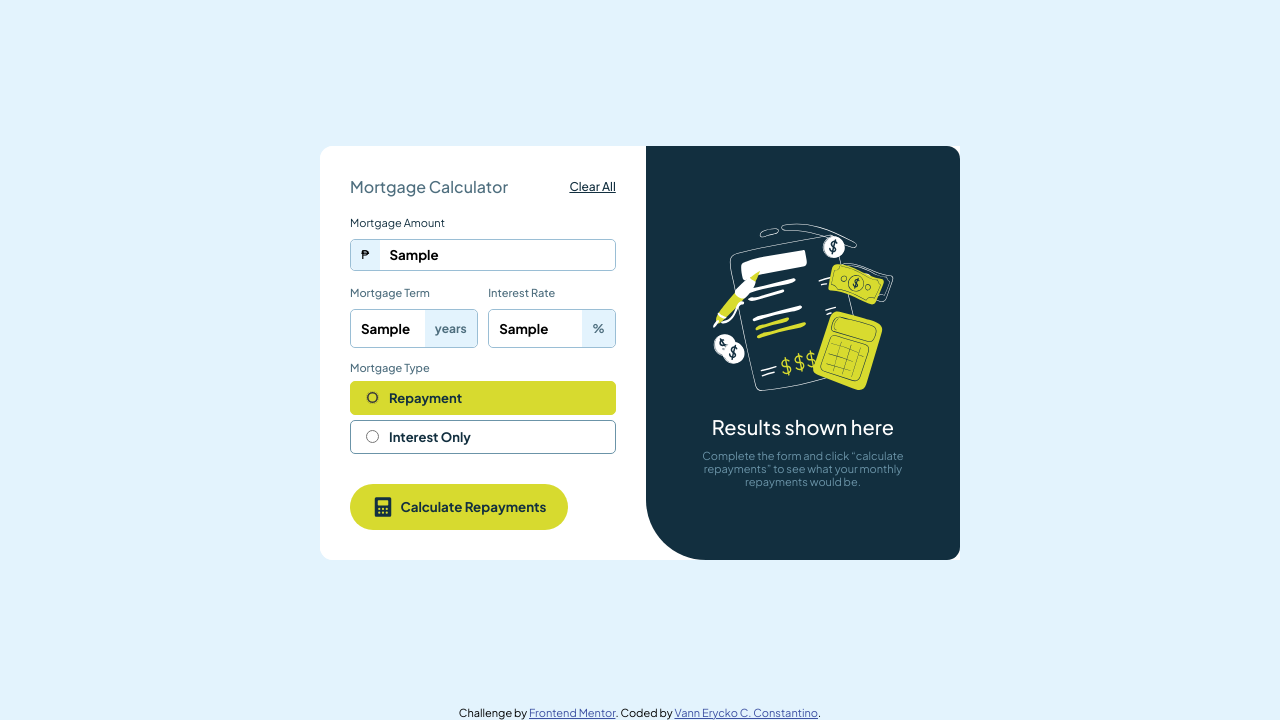
Repository: kocokoy/mortgage-repayment-calculator
Page: index.html
The author's editor kept a copy of each file at every save. The page is drawn from the files as they stood at one save, then again after the next save.
The browser window is 1280 px wide. The pictures show the whole page.
Empty fields were first filled with sample values (such as "Sample", 5 or name@example.com).
After loading, the first visible `input.mortgage-calculator-type-radio-repayment` was clicked once.

Above is the page before, as saved 2024-10-29 17:54:57.

### index.html
<!DOCTYPE html>
<html lang="en">
<head>
  <meta charset="UTF-8">
  <meta name="viewport" content="width=device-width, initial-scale=1.0"> <!-- displays site properly based on user's device -->

  <link rel="icon" type="image/png" sizes="32x32" href="./assets/images/favicon-32x32.png">
  <link rel="stylesheet" href="/styles/style.css">
  <link rel="preconnect" href="https://fonts.googleapis.com">
<link rel="preconnect" href="https://fonts.gstatic.com" crossorigin>
<link href="https://fonts.googleapis.com/css2?family=Karla:ital,wght@0,200..800;1,200..800&family=Plus+Jakarta+Sans:ital,wght@0,200..800;1,200..800&family=Red+Hat+Text:ital,wght@0,300..700;1,300..700&display=swap" rel="stylesheet">

  <title>Frontend Mentor | Mortgage repayment calculator</title>
</head>
<body>
  <div class="container">
    <div class="container-card">
      <div class="mortgage-calculator-side">
        <div class="mortgage-calculator-header">
          <p>Mortgage Calculator</p>
          <button>Clear All</button>
        </div>
        <div class="mortgage-calculator-amount">
          <p>Mortgage Amount</p>
          <label class="mortgage-calculator-amount-input">
            <div class="peso-logo">&#8369;</div>
            <input type="text" class="jsMortageAmount">
          </label>
          <div class="field-require-text">
            this field is required
          </div>
        </div>
        <div class="mortgage-calculator-term-and-interest">
          <div class="mortgage-calculator-term-section">
            <p>Mortgage Term</p>
            <div class="mortgage-calculator-term-section-mortgage">
              <input type="text" name="" id="" class="jsMortgageTerm">
              <div>years</div>
            </div>
            <div class="field-require-text">
              this field is required
            </div>
          </div>
          <div class="mortgage-calculator-term-section">
            <p>Interest Rate</p>
            <div class="mortgage-calculator-term-section-mortgage">
              <input type="text" name="" id="" class="jsMortgageInterest">
              <div>%</div>
            </div>
            <div class="field-require-text">
              this field is required
            </div>
          </div>
        </div>
        <div class="mortgage-calculator-type">
          <p>Mortgage Type</p>
          <label class="mortgage-calculator-type-radio">
            <input class="mortgage-calculator-type-radio-repayment jsRepaymentRadio" type="radio">
            <div>Repayment</div>
          </label>
          <label class="mortgage-calculator-type-radio">
            <input class="mortgage-calculator-type-radio-interest jsRepaymentInterest"  type="radio">
            <div>Interest Only</div>
          </label>
        </div>
        <div class="mortgage-calculator-button">
          <button class="jsCalculateRepayments">
            <div>
              <img src="/assets/images/icon-calculator.svg" alt="">
              <p>Calculate Repayments</p>
            </div>
          </button>
        </div>
      </div>
      <div class="result-side">
        <div class="result-empty">
          <div>
            <img src="/assets/images/illustration-empty.svg" alt="">
          </div>
          <div class="result-side-title">Results shown here</div>
          <div class="result-side-text">  Complete the form and click “calculate repayments” to see what
            your monthly repayments would be.</div>
        </div>
      </div>
    </div>
  </div>


  <div class="attribution">
    Challenge by <a href="https://www.frontendmentor.io?ref=challenge">Frontend Mentor</a>.
    Coded by <a href="#">Vann Erycko C. Constantino</a>.
  </div>
  <script src="/javascripts/script.js"></script>
</body>
</html>

### styles/style.css
:root{
/* Primary */

--lime: hsl(61, 70%, 52%);
--red: hsl(4, 69%, 50%);

/* Neutral */

--white: hsl(0, 0%, 100%);
--slate100: hsl(202, 86%, 94%);
--slate300: hsl(203, 41%, 72%);
--slate500: hsl(200, 26%, 54%);
--slate700: hsl(200, 24%, 40%);
--slate900: hsl(202, 55%, 16%);
}

.attribution {
  font-size: 11px; text-align: center;
 }
.attribution a {
  color: hsl(228, 45%, 44%);
 }

 *{
  font-family: Plus Jakarta Sans;
 }

body{
  margin: 0;
  padding: 0;
  background-color: var(--slate100);
}
.container{
  height: 98vh;
  display: flex;
  flex-direction: column;
  justify-content: center;
  align-items: center;
}
.container-card{
  display: flex;
  flex-direction: row;
  height: auto;
  width: 50%;
  background-color: var(--white);
  border-bottom-left-radius: 13px;
  border-top-left-radius: 13px;
}

.field-require-text{
  margin-top: 10px;
  color: var(--red);
  font-size: 10px;
  font-weight: 900;
  margin-bottom: 3px;
  display: none;
}
.mortgage-calculator-side{
  height: auto;
  width: auto;
  background-color: var(--white);
  border-bottom-left-radius: 13px;
  border-top-left-radius: 13px;
  padding: 30px;

}
.result-side{
  height: auto;
  width: 70%;
  padding: 30px;
  overflow: hidden;
  background-color: var(--slate900);
  border-bottom-left-radius: 60px;
  border-bottom-right-radius: 13px;
  border-top-right-radius: 13px;
  display: flex;
  flex-direction: column;
  justify-content: center;
  align-items: center;

}

/*Mortgage Calculator Header */
.mortgage-calculator-header{
  display: flex;
  flex-direction: row;
  align-items: center;
  justify-content: space-between;
}
.mortgage-calculator-header p{
 margin: 0;
 font-weight: 500;
 color: var(--slate700);
}
.mortgage-calculator-header button{
 margin: 0;
 font-weight: 500;
 font-size: 12px;
 color: var(--slate900);
 background-color: var(--white);
 text-decoration: underline;
 cursor: pointer;
 border: none;
 padding: 0;
}

/*Mortgage Calculator Amount  */
.mortgage-calculator-amount{
  padding-top: 19px ;
  display: flex;
  flex-direction: column;
  margin-bottom: 15px;
}
.mortgage-calculator-amount p{
  margin: 0;
  font-size: 11px;
  color: var(--slate900);
  padding-bottom: 10px;
}

.mortgage-calculator-amount-input{
  display: flex;
  flex-direction: row;
  height: 30px;
  border: 1px solid var(--slate300);
  border-radius: 5px;
}

.mortgage-calculator-amount-input:hover{
  border: 1px solid var(--slate900);
  transition: 0.1s;
}

.mortgage-calculator-amount-input:focus-within {
  border-color: var(--lime);
}

.mortgage-calculator-amount-input:focus-within .peso-logo {
  background-color: var(--lime);
}

.mortgage-calculator-amount-input .peso-logo{
  background-color: var(--slate100);
  height: 100%;
  width: 35px;
  display: flex;
  justify-content: center;
  align-items: center;
  font-size: 12px;
  font-weight: 500;
  border: none;
  border-top-left-radius: 5px;
  border-bottom-left-radius: 5px;
}
.mortgage-calculator-amount-input input{
  width: 100%;
  border: none;
  border-top-right-radius: 5px;
  border-bottom-right-radius: 5px;
  padding: 0 10px;
  font-weight: 700;
}

.mortgage-calculator-amount-input input:focus{
  outline: none;
}

/* Mortgage Calculator Mortgage Term and Interest Rate */

.mortgage-calculator-term-and-interest{
  display: flex;
  flex-direction: row;
  width: 100;
  justify-content: space-between;
}
.mortgage-calculator-term-section{
  width: 48%;
}
.mortgage-calculator-term-section p{
  margin: 0;
  font-size: 11px;
  color: var(--slate700);
  padding-bottom: 10px;
  font-weight: 500;
}

.mortgage-calculator-term-section-mortgage{
  display: flex;
  flex-direction: row;
  border: 1px solid var(--slate300);
  border-radius: 5px;
}

.mortgage-calculator-term-section-mortgage input{
  width: 90%;
  padding: 10px;
  font-weight: 700;
  border: none;
  border-top-left-radius: 5px;
  border-bottom-left-radius: 5px;
  accent-color: green;
}
.mortgage-calculator-term-section-mortgage div{
  width: auto;
  background-color: var(--slate100);
  color: var(--slate700);
  font-size: 12px;
  display: flex;
  justify-content: center;
  align-items: center;
  font-weight: 700;
  padding: 7px 10px;
  border-top-right-radius: 5px;
  border-bottom-right-radius: 5px;
}

.mortgage-calculator-term-section-mortgage input:focus{
  outline: none;
}

/* Mortgage Calculator Type */
.mortgage-calculator-type{
  display: block;
  margin-top: 13px;
}

.mortgage-calculator-type p{
  margin: 0;
  font-size: 11px;
  color: var(--slate700);
  padding-bottom: 2px;
  font-weight: 500;
}

.mortgage-calculator-type-radio{
  border: 1px solid var(--slate500);
  display: flex;
  flex-direction: row;
  justify-content: start;
  align-items: center;
  padding: 8px 5px ;
  margin-top: 5px;
  border-radius: 5px;
}
.mortgage-calculator-type-radio:hover{
  border: 1px solid var(--lime);
  transition: 0.3s;
  cursor: pointer;
}
.mortgage-calculator-type-radio-clicked{
  border: 1px solid var(--lime);
  background-color: var(--lime);
  opacity: background-color 80%;
  transition: 0.3s;
}

.mortgage-calculator-type-radio-repayment{
  margin: 0 10px;
}

input[type="radio"]{
  accent-color: var(--lime);
}

.mortgage-calculator-type-radio-interest{
  margin: 0 10px;
}

.mortgage-calculator-type-radio div{
  font-size: 13px;
  font-weight: 700;
  color: var(--slate900);
}

/* Mortgage Calculator Type Button */

.mortgage-calculator-button{
  margin-top: 30px;
  display: flex;
  justify-content: start;
  align-items: start;

  transition: 0.3s;
}
.mortgage-calculator-button:hover{
  opacity: 80%;
}

.mortgage-calculator-button button{
  display: flex;
  flex-direction: row;
  background-color: var(--lime);
  color: var(--slate900);
  border: none;
  border-radius: 100px;
  width: 82%;
  cursor: pointer;
}

.mortgage-calculator-button button img{
  margin: 0;
  display: flex;
  justify-content: center;
}

.mortgage-calculator-button button p{
  font-weight: 700;
  margin-left: 5px;
}
.mortgage-calculator-button button div{
  display: flex;
  justify-content: center;
  width: 100%;
}

/* Result Side */
.result-empty{
  display: flex;
  flex-direction: column;
  justify-content: center;
  align-items: center;

}
.result-side-title{
  color: var(--white);
  font-weight: 500;
  font-size: 20px;
}
.result-side-text{
  margin-top: 10px;
  color: var(--slate500);
  font-size: 11px;
  text-align: center;
}

### javascripts/script.js
const calculateButton = document.querySelector('.jsCalculateRepayments');
const mortgageAmountElement = document.querySelector('.jsMortageAmount');
const mortgageTermElement = document.querySelector('.jsMortgageTerm');
const mortgageInterestElement = document.querySelector('.jsMortgageInterest');
// radio buttons
const repaymentRadioElement = document.querySelector('.jsRepaymentRadio');
const interestRadioElement = document.querySelector('.jsRepaymentInterest');


calculateButton.addEventListener('click', () => {
  console.log(mortgageAmountElement.value);
  console.log(mortgageTermElement.value);
  console.log(mortgageInterestElement.value);

})

let repaymentRadioClicked = false;
let interestRadioClicked = false;

const repaymentParentLabel = repaymentRadioElement.parentElement;
const interestParentLabel = interestRadioElement.parentElement;

repaymentRadioElement.addEventListener('click', () =>{
  if(repaymentRadioClicked){
    repaymentParentLabel.classList.remove('mortgage-calculator-type-radio-clicked');

    repaymentRadioElement.checked = false;
    repaymentRadioClicked = false;
  }else{
    repaymentRadioClicked = true;
    repaymentParentLabel.classList.add('mortgage-calculator-type-radio-clicked');
    interestParentLabel.classList.remove('mortgage-calculator-type-radio-clicked');
    interestRadioElement.checked = false;
    interestRadioClicked = false;
  }
});

interestRadioElement.addEventListener('click', () =>{
  if(interestRadioClicked){
    interestParentLabel.classList.remove('mortgage-calculator-type-radio-clicked');
    interestRadioElement.checked = false;
    interestRadioClicked = false;
  }else{
    repaymentParentLabel.classList.remove('mortgage-calculator-type-radio-clicked');
    interestParentLabel.classList.add('mortgage-calculator-type-radio-clicked');
    interestRadioClicked = true;
    repaymentRadioElement.checked = false;
    repaymentRadioClicked = false;
  }
});

After the next save:
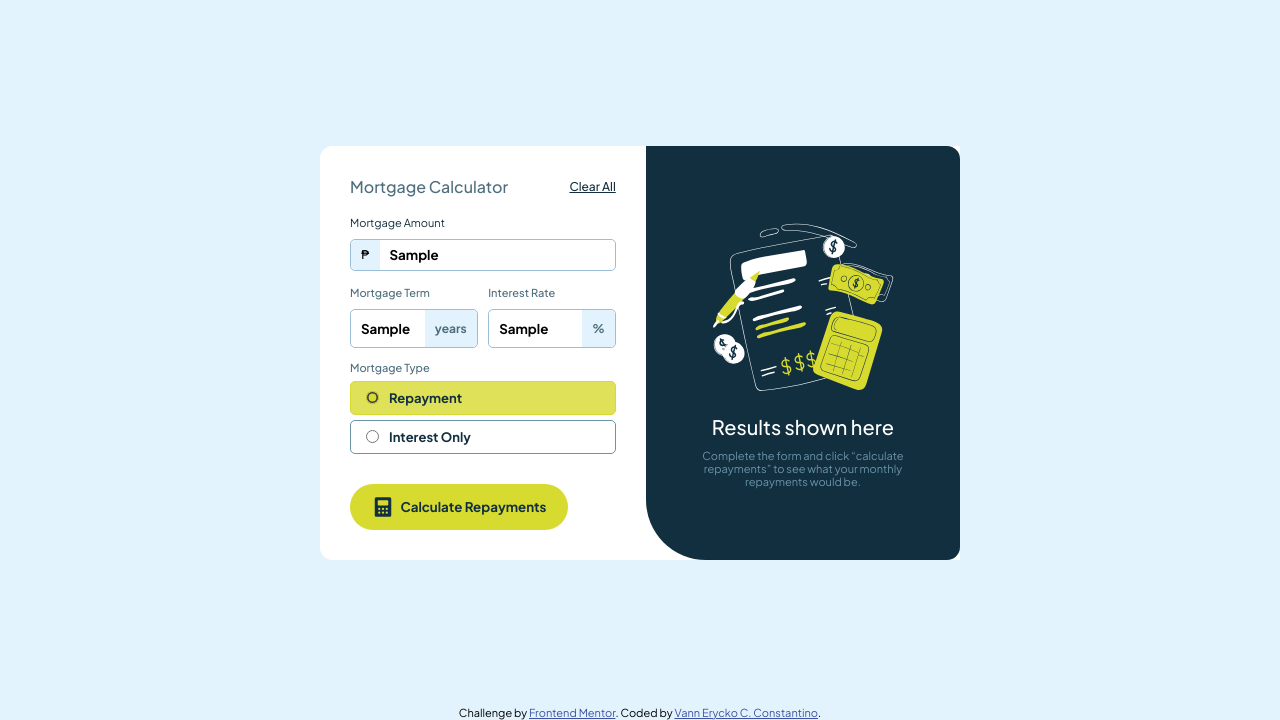
Saved 64 s later.
--- a/styles/style.css
+++ b/styles/style.css
@@ -249,8 +249,7 @@ body{
 }
 .mortgage-calculator-type-radio-clicked{
   border: 1px solid var(--lime);
-  background-color: var(--lime);
-  opacity: background-color 80%;
+  background-color: hsla(61, 70%, 52%, 0.8);
   transition: 0.3s;
 }
 
